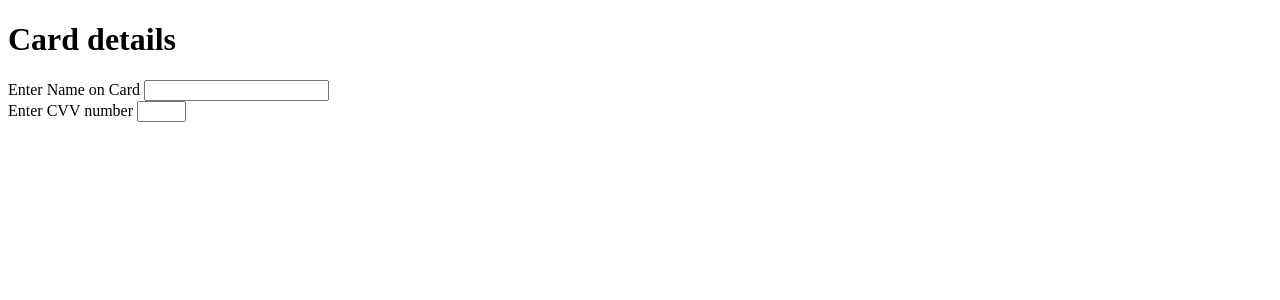
Repository: ajlazy/Day10
Page: CreditCard/WebContent/CreditCard.html
The author's editor kept a copy of each file at every save. The page is drawn from the files as they stood at one save, then again after the next save.
The browser window is 1280 px wide. The pictures show the whole page.

Above is the page before, as saved 2018-09-06 07:38:16.

After the next save:
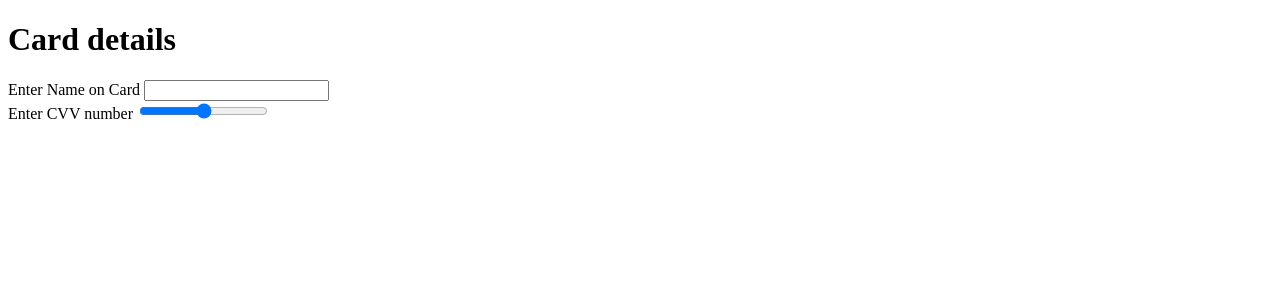
Saved 4 min 19 s later.
--- a/CreditCard/WebContent/CreditCard.html
+++ b/CreditCard/WebContent/CreditCard.html
@@ -11,7 +11,7 @@
 <input type="text" name="Name on card"/>
 <br>
 <label>Enter CVV number</label>
-<input type="password" name="cvv" size="3" min="000" max="999"/>
+<input type="range" name="cvv" size="3" min="000" max="999"/>
 </form>
 
 </body>

After the save that followed:
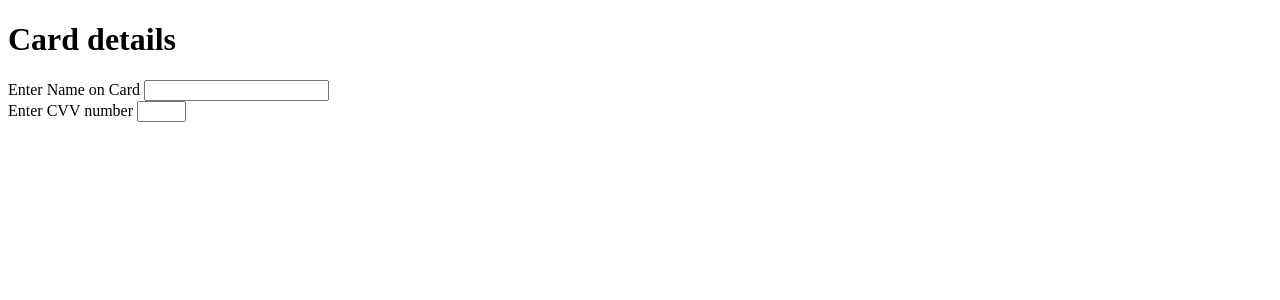
Saved 13 s later.
--- a/CreditCard/WebContent/CreditCard.html
+++ b/CreditCard/WebContent/CreditCard.html
@@ -11,7 +11,7 @@
 <input type="text" name="Name on card"/>
 <br>
 <label>Enter CVV number</label>
-<input type="range" name="cvv" size="3" min="000" max="999"/>
+<input type="password" name="cvv" size="3" min="000" max="999"/>
 </form>
 
 </body>
